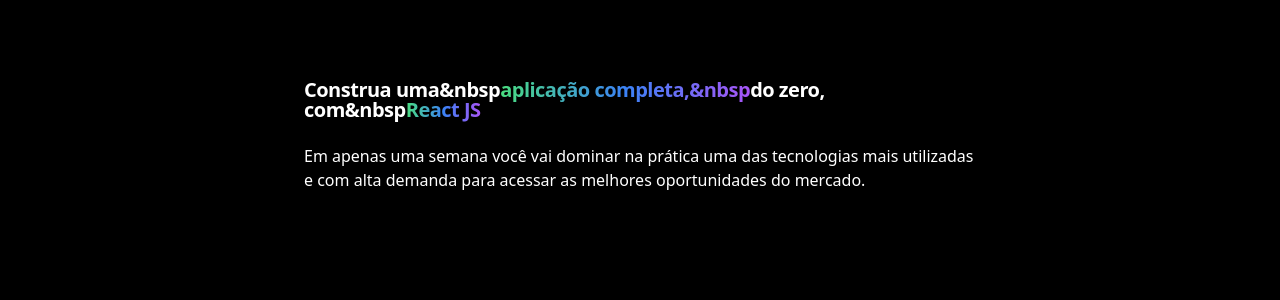
Repository: LuisSempre/Ignite-Lab---ReactJs-2022
Page: /
The author's editor kept a copy of each file at every save. The page is drawn from the files as they stood at one save, then again after the next save.
The browser window is 1280 px wide. The pictures show the whole page.
The project was rebuilt for these pictures with package versions that can differ from the ones it lists, and the page was loaded fresh each time. Also part of the build but not shown: vite.config.ts, components/Header.tsx, components/Lesson.tsx, components/Sidebar.tsx, pages/Event.tsx. Imported but missing from the stored project, and not drawn on this page: components/Video.

Above is the page before, as saved 2022-06-24 23:37:26.

### index.html
<!DOCTYPE html>
<html lang="en">
  <head>
    <meta charset="UTF-8" />
    <link rel="icon" type="image/svg+xml" href="/src/icon.png" />
    <meta name="viewport" content="width=device-width, initial-scale=1.0" />
    <title>Vite App</title>
  </head>
  <body>
    <div id="root"></div>
    <script type="module" src="/src/main.tsx"></script>
  </body>
</html>

### src/main.tsx
import React from 'react'
import ReactDOM from 'react-dom/client'
import App from './App'
import './index.css'

ReactDOM.createRoot(document.getElementById('root')!).render(
  <React.StrictMode>
      <App />
  </React.StrictMode>
)

### src/App.tsx
import { ApolloProvider, gql, useQuery } from "@apollo/client"
import { Router } from "../Router"
import { client } from '../lib/apollo'
import { BrowserRouter } from "react-router-dom"

function App() {
  return (
    <ApolloProvider client={client}>
      <BrowserRouter>
        <Router />
      </BrowserRouter>
    </ApolloProvider>
  )
}

export default App

### Router.tsx
import { Route, Routes } from "react-router-dom";
import { Event } from './pages/Event'
import { Subscribe } from './pages/Subscribe'
export function Router() {
    return(
      <Routes>
           <Route path="/" element={<Subscribe />}/>
           <Route path="/event" element={<Event />}/>
           <Route path="/event/lesson/:slug" element={<Event />}/>
      </Routes>
    )
}

### lib/apollo.ts
import { ApolloClient, InMemoryCache } from "@apollo/client";

export const client = new ApolloClient({
  uri: 'https://api-sa-east-1.graphcms.com/v2/cl4n4k5w68h3x01yra00r5rzf/master',
  cache: new InMemoryCache(),
})

### pages/Subscribe.tsx
export function Subscribe() {

    return (
        <div className='flex flex-col items-center min-h-screen'>
            <div className="flex items-center justify-between max-w-6xl mx-auto mt-20">
                <div className="max-w-2xl">
                    <h1 className="mb-6 text-xl font-extrabold leading-none tracking-normal md:tracking-tight">
                        Construa uma&nbsp
                         <span className="block w-full text-transparent bg-clip-text bg-gradient-to-r from-green-400 via-blue-500 to-purple-500 lg:inline">
                            aplicação completa,&nbsp
                        </span>
                        do zero, com&nbsp
                         <span className="block w-full text-transparent bg-clip-text bg-gradient-to-r from-green-400 via-blue-500 to-purple-500 lg:inline">
                             React JS
                        </span>
                    </h1>
                    <p>
                        Em apenas uma semana você vai dominar na prática uma das tecnologias mais utilizadas e com alta demanda para acessar as melhores oportunidades do mercado.
                    </p>
                </div>
            </div>
        </div>
    )
}

Loaded but not shown: src/index.css (common file); tailwind.config.js (common file)

After the next save:
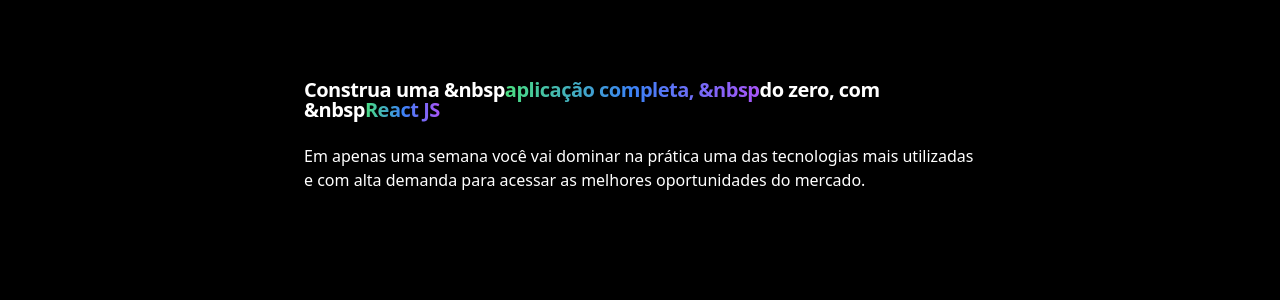
Saved 7 s later.
--- a/pages/Subscribe.tsx
+++ b/pages/Subscribe.tsx
@@ -5,11 +5,11 @@
             <div className="flex items-center justify-between max-w-6xl mx-auto mt-20">
                 <div className="max-w-2xl">
                     <h1 className="mb-6 text-xl font-extrabold leading-none tracking-normal md:tracking-tight">
-                        Construa uma&nbsp
+                        Construa uma &nbsp
                          <span className="block w-full text-transparent bg-clip-text bg-gradient-to-r from-green-400 via-blue-500 to-purple-500 lg:inline">
-                            aplicação completa,&nbsp
+                            aplicação completa, &nbsp
                         </span>
-                        do zero, com&nbsp
+                        do zero, com &nbsp
                          <span className="block w-full text-transparent bg-clip-text bg-gradient-to-r from-green-400 via-blue-500 to-purple-500 lg:inline">
                              React JS
                         </span>
